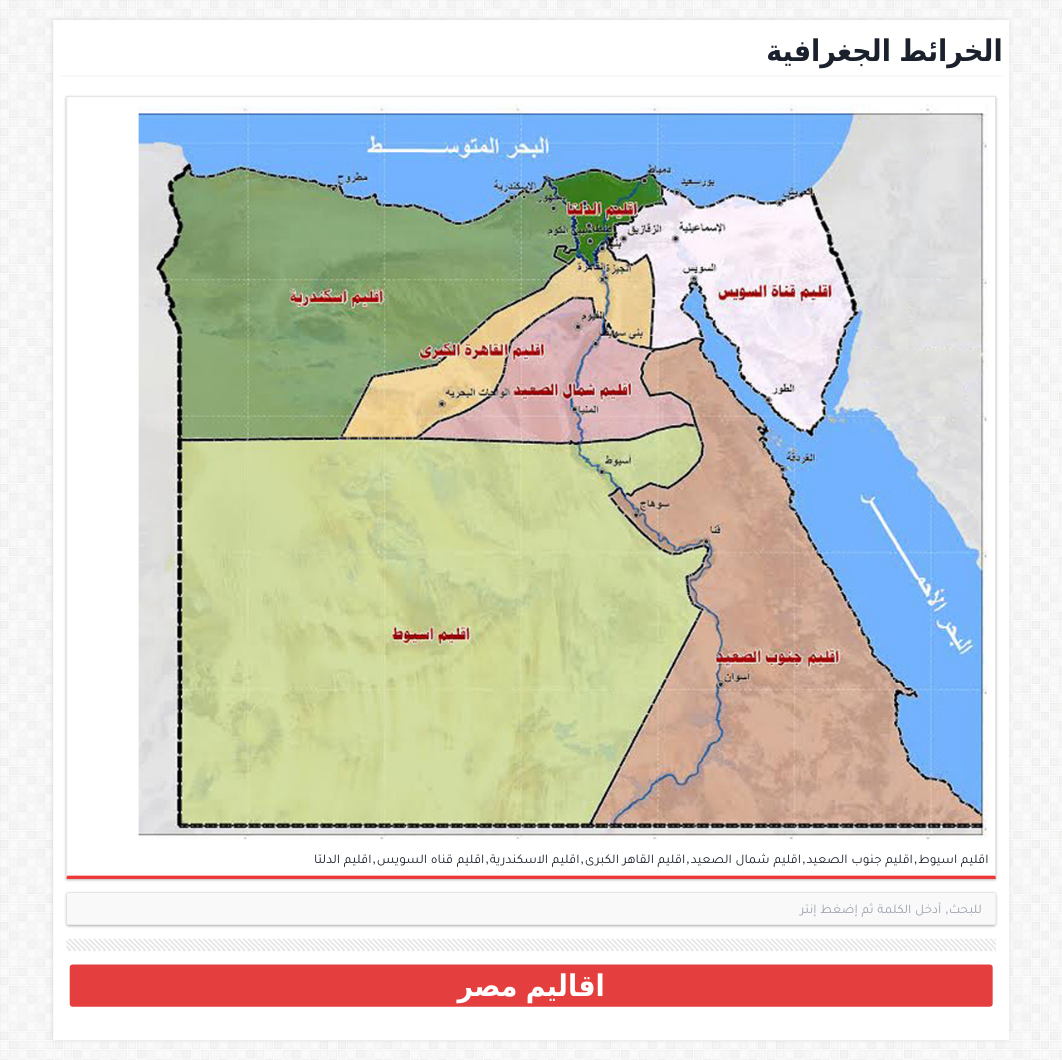
Repository: ahmed-mohamed-eng/egypt-gov-map
Page: /
The author's editor kept a copy of each file at every save. The page is drawn from the files as they stood at one save, then again after a run of saves.
The browser window is 1280 px wide. The pictures show the whole page, at 83% of full size.
Some web fonts or font styles are not loaded; a fallback is used. The project was rebuilt for these pictures with package versions that can differ from the ones it lists, and the page was loaded fresh each time. The framework's server and built-in components were replaced by stand-ins that run in the browser. Also part of the build but not shown: next.config.js.

Above is the page before, as saved 2022-05-30 14:35:44.

After the next 2 saves:
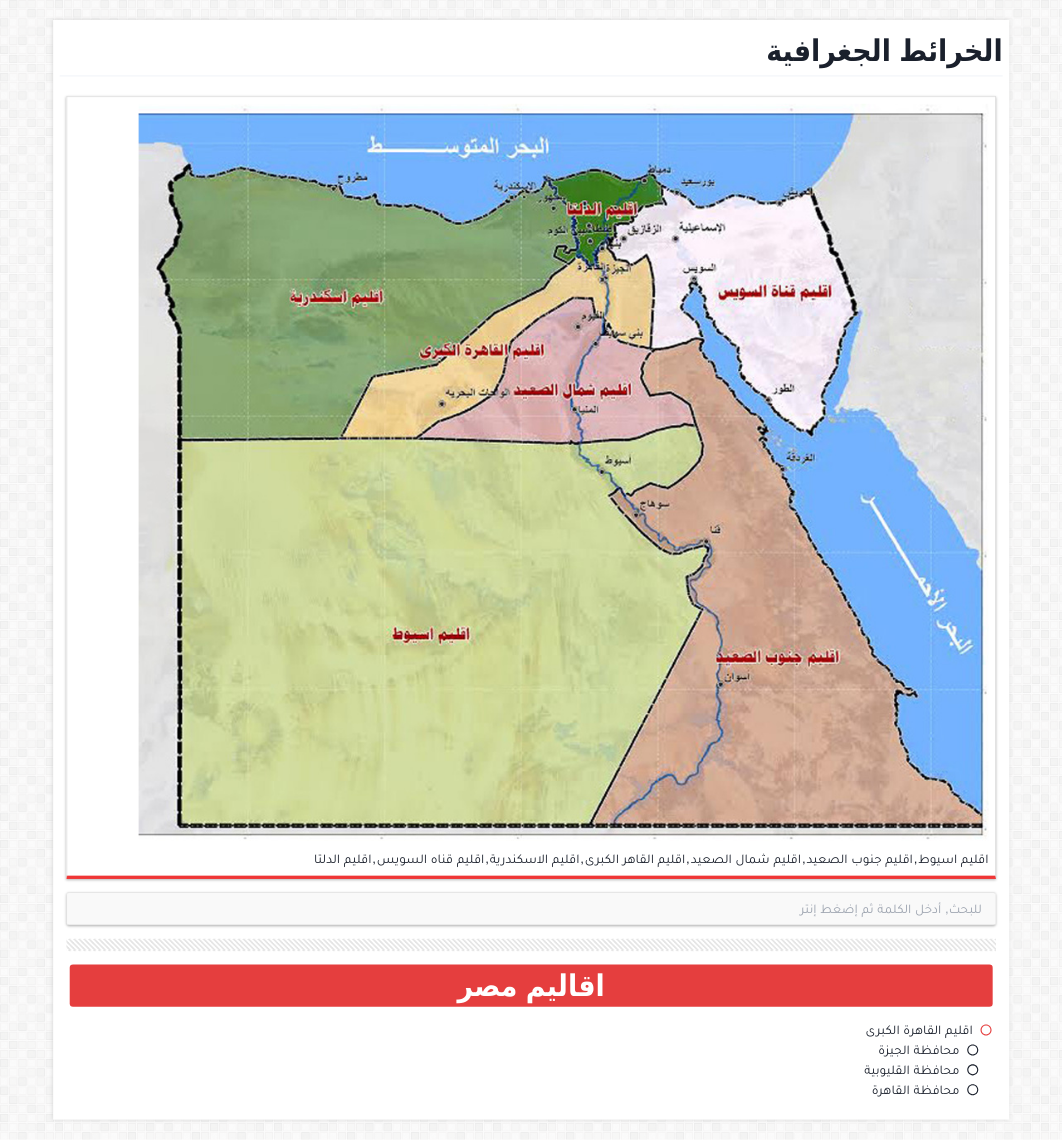
The 2 saves are shown as one change because they came seconds apart.
The last was saved 105 s later.
--- a/constants/provincesList.ts
+++ b/constants/provincesList.ts
@@ -1,5 +1,24 @@
 import { province } from "../components/MainContentArea/QuickNavigationArea/CitiesList/CitiesList";
 
-const provincesList:Array<province> = [];
+const provincesList: Array<province> = [
+  {
+    provinceName: "اقليم القاهرة الكبرى",
+    url: "#",
+    childItems: [
+      {
+        cityName: "محافظة الجيزة",
+        url: "#",
+      },
+      {
+        cityName: "محافظة القليوبية",
+        url: "#",
+      },
+      {
+        cityName: "محافظة القاهرة",
+        url: "#",
+      },
+    ],
+  },
+];
 
 export default provincesList;
